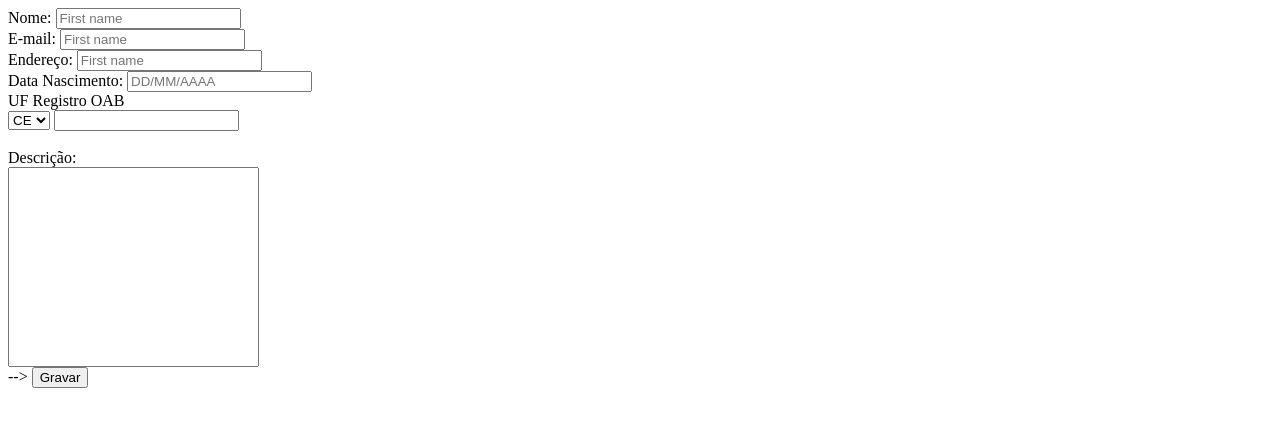
Repository: Natan16/CRUDJUSTTO
Page: CRUDJUSTTOWEB/WebContent/adiciona-advogado.html
These files come from the project's save history. The page is drawn as it stood at one moment and after the next save; the edit follows.
The browser window is 1280 px wide. The pictures show the whole page.

Above is the page before, as saved 2019-08-31 11:29:22.

After the next save:
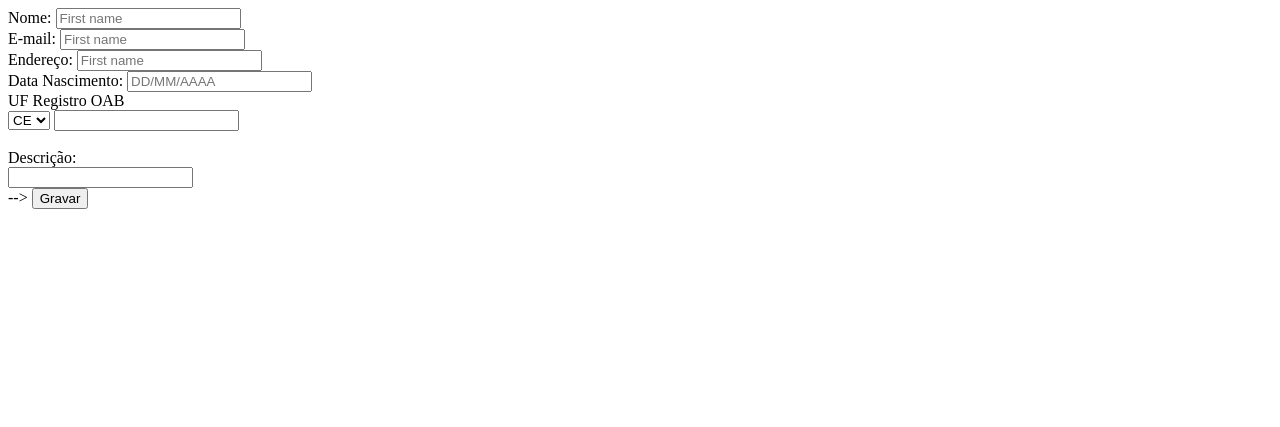
Saved 29 s later.
--- a/CRUDJUSTTOWEB/WebContent/adiciona-advogado.html
+++ b/CRUDJUSTTOWEB/WebContent/adiciona-advogado.html
@@ -17,7 +17,7 @@
   			 <br />
 
              Descrição: <br />
-             <input style="height:200px;font-size:14pt;" type="text" name="desc" /><br />
+             <input  type="text" name="desc" /><br />
 		<!-- <!-- <div class="dropdown">
   			<button class="dropbtn">Dropdown</button>
   				<div class="dropdown-content">
@@ -25,6 +25,7 @@
     				<a href="#">Link 2</a>
     				<a href="#">Link 3</a>
   				</div>
+  				style="height:200px;font-size:14pt;"
 		</div> --> -->
              <input   type="submit" value="Gravar" />
          </form>
